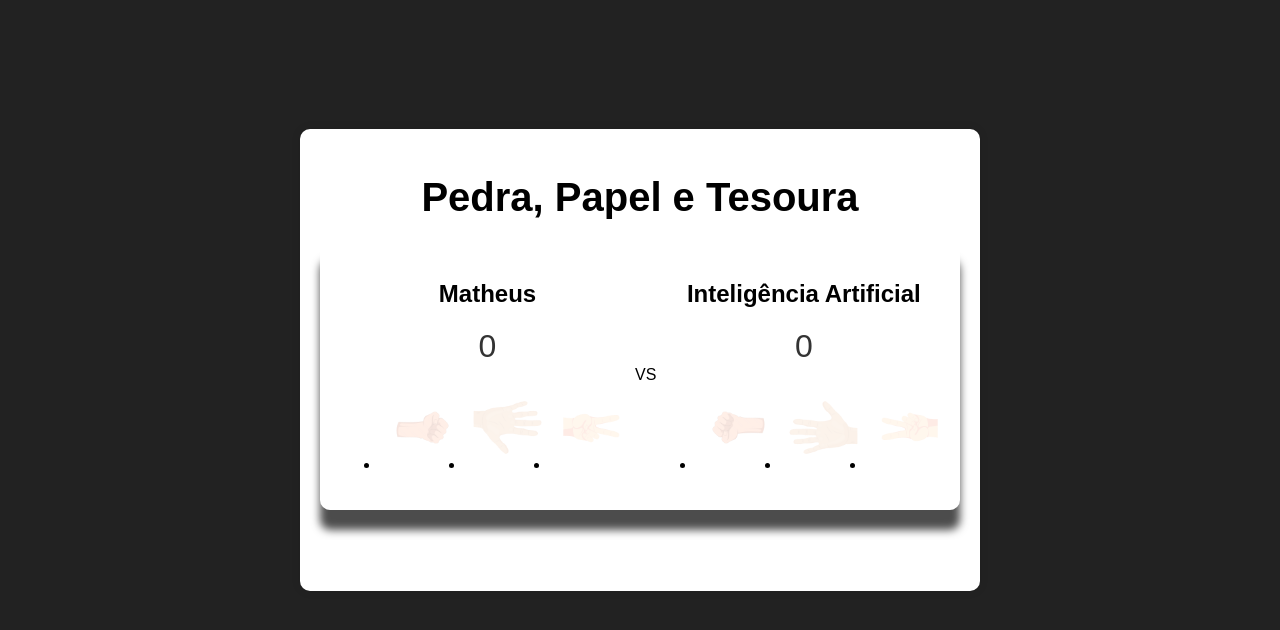
Repository: Matheus904-12/Pedra-Papel
Page: index.html
The author's editor kept a copy of each file at every save. The page is drawn from the files as they stood at one save, then again after the next save.
The browser window is 1280 px wide. The pictures show the whole page.

Above is the page before, as saved 2023-08-28 22:21:14.

After the next save:
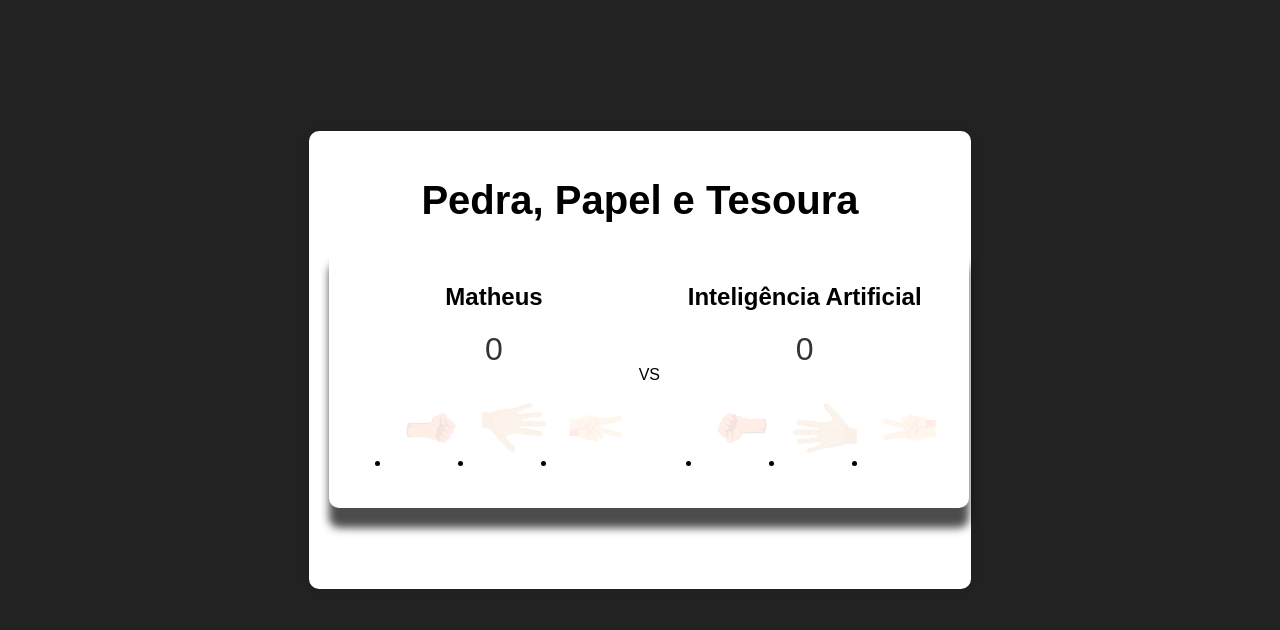
Saved 6 s later.
--- a/style.css
+++ b/style.css
@@ -77,7 +77,7 @@ body {
 }
 
 .escolhas img {
-    max-width: 85px;
+    max-width: 80px;
     cursor: pointer;
     transition: transform 0.3s ease;
 }
